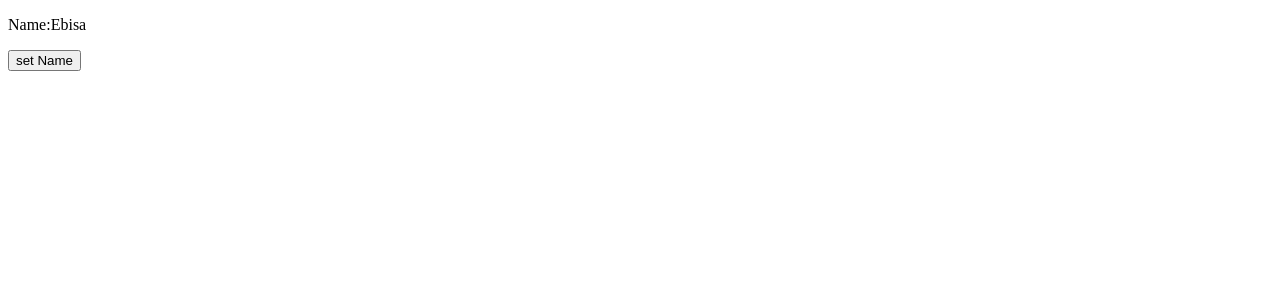
Repository: wakoya-tech/my-react-practice
Page: /
These files come from the project's save history. The page is drawn as it stood at one moment and after a run of saves; the edit follows.
The browser window is 1280 px wide. The pictures show the whole page.
The project was rebuilt for these pictures with package versions that can differ from the ones it lists, and the page was loaded fresh each time. Also part of the build but not shown: vite.config.js, src/index.css.

Above is the page before, as saved 2025-10-02 11:05:04.

### src/App.jsx
import Counter from './Counter.jsx'
function App(){
  return (
   <Counter/>
  );
}
export default App;

### src/Counter.jsx
import React,{useState}  from "react"
function Counter(){
    const [name,setName]=useState("Ebisa");
    const updateName=()=>{
        setName("wako");
    }
    return(<>
    <p>Name:{name}</p>
    <button onClick={updateName}>set Name</button>
    </>)
}
export default Counter

Loaded but not shown: index.html (common file); src/main.jsx (common file)

After the next 2 saves:
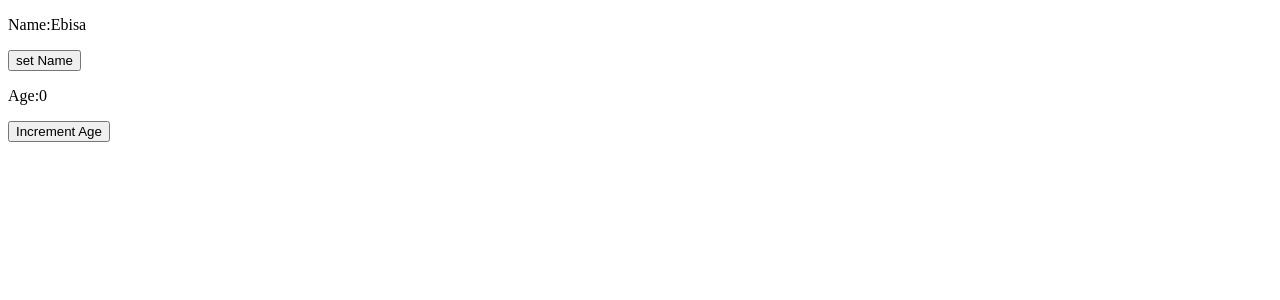
The 2 saves are shown as one change because 1 did not build or start.
The last was saved 5 min 27 s later.
--- a/src/Counter.jsx
+++ b/src/Counter.jsx
@@ -1,12 +1,18 @@
 import React,{useState}  from "react"
 function Counter(){
     const [name,setName]=useState("Ebisa");
+    const [Age,setAge] =useState(0);
     const updateName=()=>{
         setName("wako");
+    }
+    const incrementAge=()=>{
+        setAge(Age+1)
     }
     return(<>
     <p>Name:{name}</p>
     <button onClick={updateName}>set Name</button>
+    <p>Age:{Age}</p>
+    <button onClick={incrementAge}>Increment Age</button>
     </>)
 }
 export default Counter
